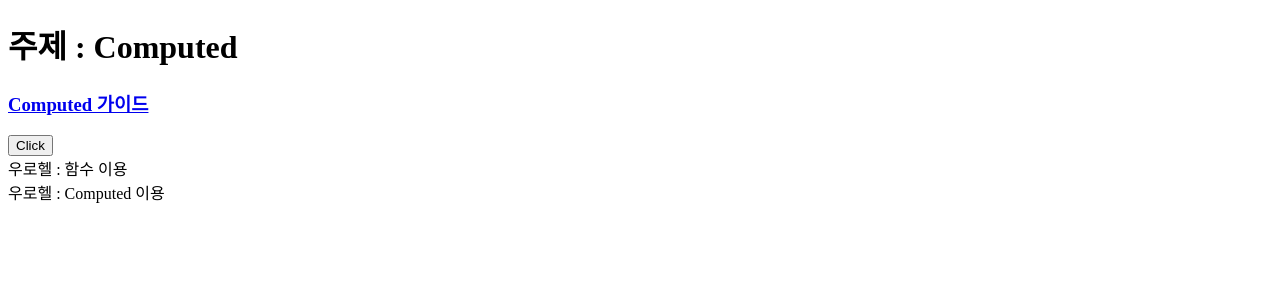
Repository: RyuGeunHwan/code_J
Page: Vuejs/22-08-09 vuejs Computed속성.html
The author's editor kept a copy of each file at every save. The page is drawn from the files as they stood at one save, then again after the next save.
The browser window is 1280 px wide. The pictures show the whole page.

Above is the page before, as saved 2022-08-10 14:56:02.

### Vuejs/22-08-09 vuejs Computed속성.html
<!DOCTYPE html>
<html lang="en">
<head>
    <meta charset="UTF-8">
    <meta http-equiv="X-UA-Compatible" content="IE=edge">
    <meta name="viewport" content="width=device-width, initial-scale=1.0">
    <title>Computed 속성</title>
    <script src="https://cdn.jsdelivr.net/npm/vue/dist/vue.js"></script>
</head>
<body>
    <div id="app">
        <h1>주제 : {{topic}}</h1>
        <h3><a href="https://kr.vuejs.org/v2/guide/computed.html">Computed 가이드</a></h3>

        <button @click="changeMessage()">Click</button><br>
        {{ reversedMessageToMethod()}} : 함수 이용 <br>
        {{ reversedMessageToComputed }} : Computed 이용

    </div>
    <script>
        new Vue({
            el: '#app',
            data:{
                topic: 'Computed',
                message: '헬로우'
            },
            methods:{
                changeMessage(){
                    this.message="류근환";
                },

                reversedMessageToMethod(){
                    return this.message.split('').reverse().join('')
                }
            },
            computed: {
                // computed는 인자를 받지 않는다.
                reversedMessageToComputed(){
                    // .reverse() 연산 : char의 순서를 거꾸로 해주는 연산자
                    // .join('') 연산 : 특정 단어로 String단어를 합쳐주는 연산자
                    return this.message.split('').reverse().join('')
                }
            }
        })

    </script>
</body>
</html>

After the next save:
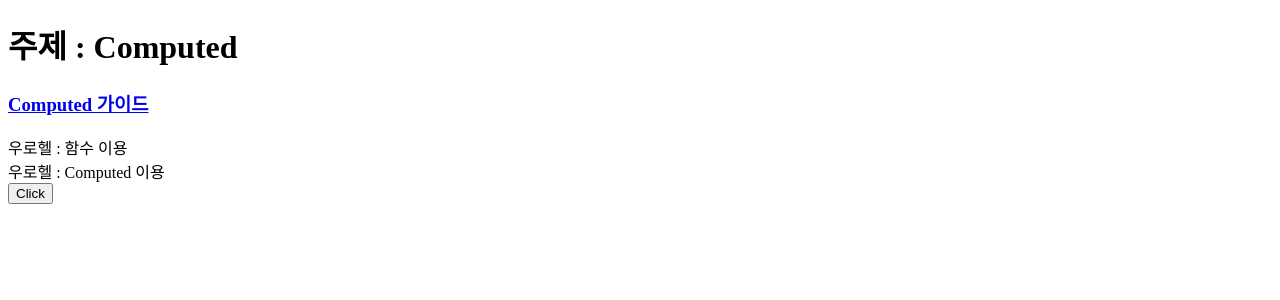
Saved 3 min 15 s later.
--- a/Vuejs/22-08-09 vuejs Computed속성.html
+++ b/Vuejs/22-08-09 vuejs Computed속성.html
@@ -12,9 +12,9 @@
         <h1>주제 : {{topic}}</h1>
         <h3><a href="https://kr.vuejs.org/v2/guide/computed.html">Computed 가이드</a></h3>
 
-        <button @click="changeMessage()">Click</button><br>
         {{ reversedMessageToMethod()}} : 함수 이용 <br>
-        {{ reversedMessageToComputed }} : Computed 이용
+        {{ reversedMessageToComputed }} : Computed 이용<br>
+        <button @click="changeMessage()">Click</button>
 
     </div>
     <script>
